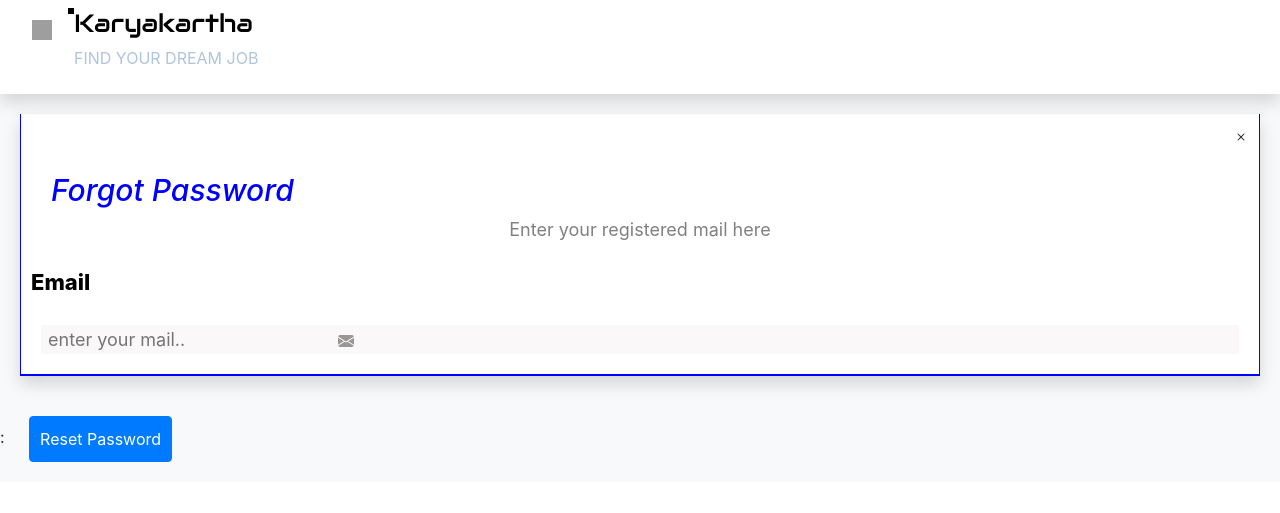
Repository: siri548/Karyakartha
Page: forgotPage.html
The author's editor kept a copy of each file at every save. The page is drawn from the files as they stood at one save, then again after the next save.
The browser window is 1280 px wide. The pictures show the whole page.
Pictures or frames that could not be fetched are drawn as grey boxes.

Above is the page before, as saved 2023-11-04 18:13:35.
Console error (its wording comes from the project's code and is left out).

After the next save:
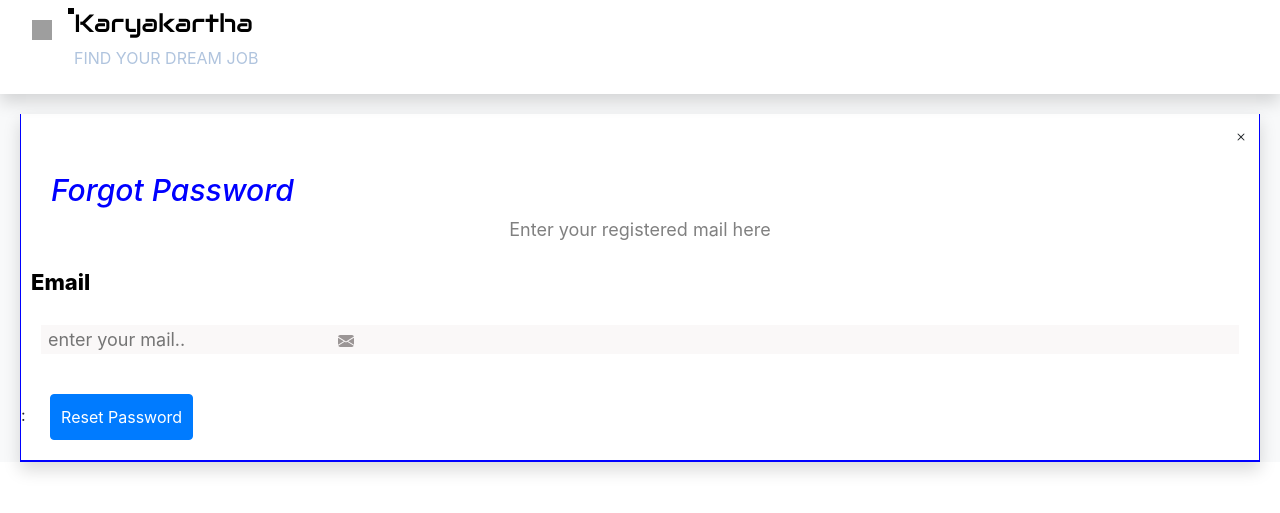
Saved 4 s later.
--- a/forgotPage.html
+++ b/forgotPage.html
@@ -78,11 +78,11 @@
 
 
             </div>
-        </div>:
+            :
 
-        <button class=" btn btn-primary forgotPage-resetButton ">Reset Password</button>
+            <button class=" btn btn-primary forgotPage-resetButton ">Reset Password</button>
 
-    </div>
+        </div>
     </div>
 </body>
 
